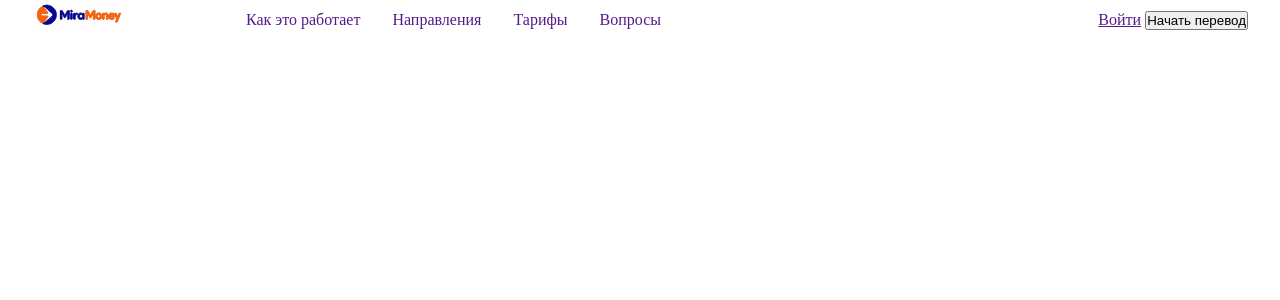
Repository: Shaiyr1/mira-money
Page: index.html
These files come from the project's save history. The page is drawn as it stood at one moment and after a run of saves; the edit follows.
The browser window is 1280 px wide. The pictures show the whole page.

Above is the page before, as saved 2026-10-19 16:49:23.

### index.html
<!DOCTYPE html>
<html lang="en">
<head>
    <meta charset="UTF-8">
    <meta http-equiv="X-UA-Compatible" content="IE=edge">
    <meta name="viewport" content="width=device-width, initial-scale=1.0">
    <link rel="stylesheet" href="/src/css/style.css">
    <title>Document</title>
</head>
<body>
    <header class="header">
        <nav class="header-nav">
            <a class="header-nav__link" href="">
                <img class="header-nav__link-logo" src="./src/img/logo.svg" alt="logo">
            </a>
            <ul class="header-nav__ul">
                <li class="header-nav__li">
                    <a class="header-nav__li-link" href="">Как это работает</a>
                </li>
                <li class="header-nav__li">
                    <a class="header-nav__li-link" href="">Направления</a>
                </li>
                <li class="header-nav__li">
                    <a class="header-nav__li-link" href="">Тарифы</a>
                </li>
                <li class="header-nav__li">
                    <a class="header-nav__li-link" href="">Вопросы</a>
                </li>
            </ul>
            <div class="header-nav__sign">
                <a class="header-nav__sign-link" href="">Войти</a>
                <button class="header-nav__sign-btn">Начать перевод</button>
            </div>
        </nav>
    </header>
</body>
</html>

### src/css/style.css
* {
    margin: 0;
    padding: 0;
    box-sizing: border-box;
}

.header {
    height: 84px;
}
.header-nav {
    width: 95%;
    margin: 0 auto;
    display: flex;
    align-items: center;
}
.header-nav__link {
}
.header-nav__link-logo {
}
.header-nav__ul {
    margin-left: 120px;
    display: flex;
    align-items: center;
    gap: 32px;
}
.header-nav__li {
    list-style-type: none;
}
.header-nav__li-link {
    text-decoration: none;
}
.header-nav__sign {
    margin-left: auto;
}
.header-nav__sign-link {
}
.header-nav__sign-btn {
}

After the next 3 saves:
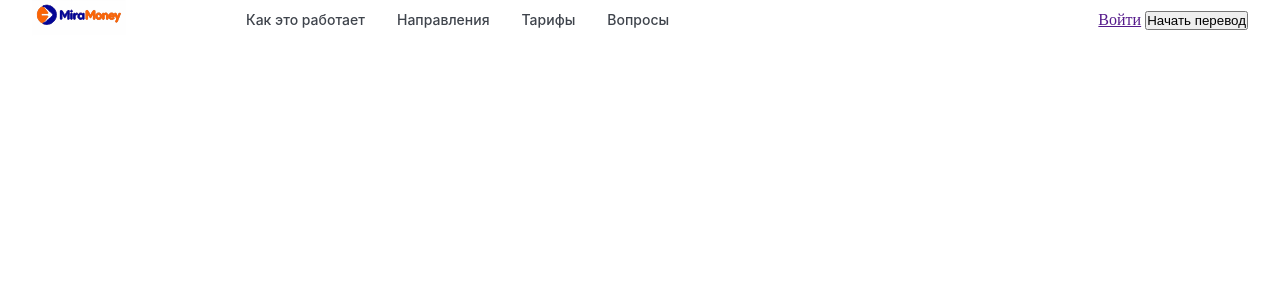
The 3 saves are shown as one change because they came seconds apart.
The last was saved 28 s later.
--- a/src/css/style.css
+++ b/src/css/style.css
@@ -28,6 +28,10 @@
 }
 .header-nav__li-link {
     text-decoration: none;
+    color:#3f444c;
+font-size:14px;
+font-family:Inter;
+font-weight:500;
 }
 .header-nav__sign {
     margin-left: auto;
